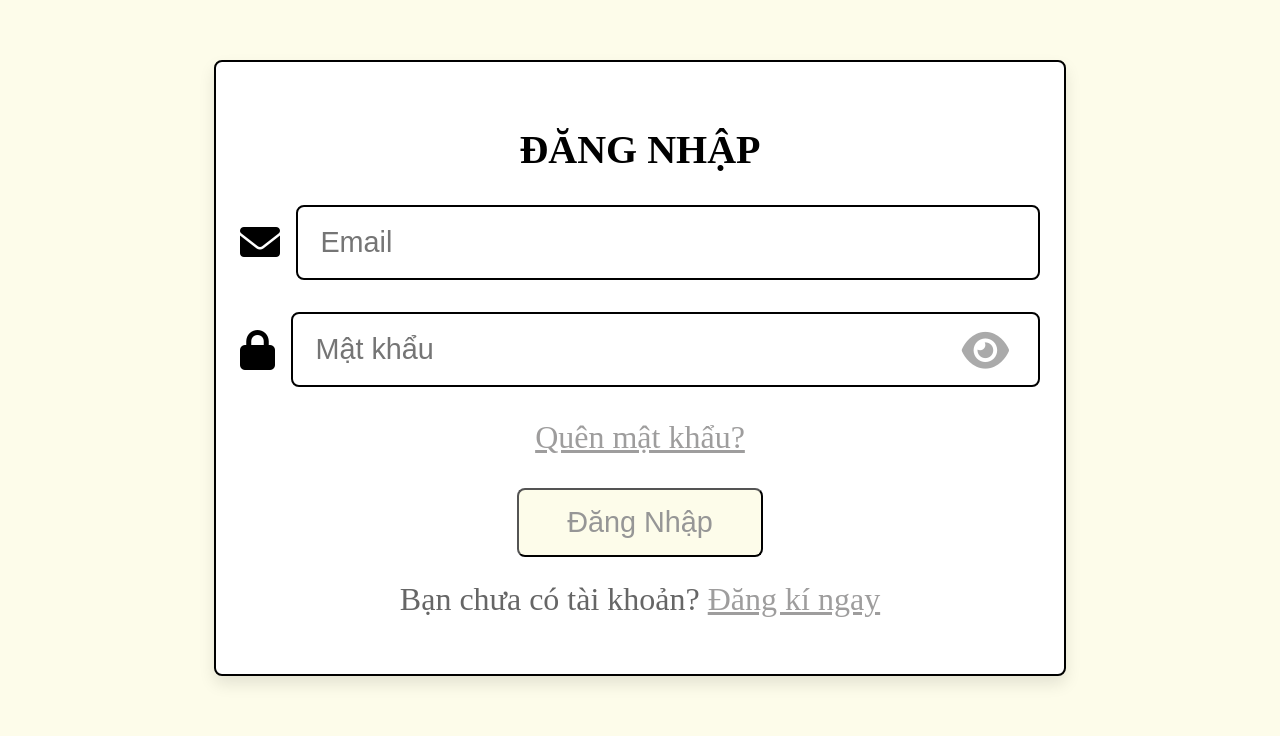
Repository: Dien973/expense_manager
Page: http://localhost/expense_manager/account/login.php
These files come from the project's save history. The page is drawn as it stood at one moment and after the next save; the edit follows.
The browser window is 1280 px wide. The pictures show the whole page.
The page is run by PHP 8.4 with error messages shown; the project is at /var/www/html/.

Above is the page before, as saved 2025-12-05 17:49:35.

### account/login.php
<?php

@include '../config.php';
session_start();

if(isset($_POST['submit'])){

   $filter_email = filter_var($_POST['email'], FILTER_SANITIZE_STRING);
   $email = mysqli_real_escape_string($conn, $filter_email);
   $filter_pass = filter_var($_POST['pass'], FILTER_SANITIZE_STRING);
   $pass = mysqli_real_escape_string($conn, $filter_pass);

   $select_users = mysqli_query($conn, "SELECT * FROM `users` WHERE uemail = '$email' AND upwd = '$pass'") or die('Thất bại');


   if(mysqli_num_rows($select_users) > 0){

      $row = mysqli_fetch_assoc($select_users);

      if($row['urole'] == 'admin'){

         $_SESSION['admin_name'] = $row['uname'];
         $_SESSION['admin_email'] = $row['uemail'];
         $_SESSION['admin_id'] = $row['uid'];
         header('location:ad_home.php');

      }elseif($row['urole'] == 'user'){

         $_SESSION['user_name'] = $row['uname'];
         $_SESSION['user_email'] = $row['uemail'];
         $_SESSION['user_id'] = $row['uid'];
         header('location:../user_page/home.php');

      }else{
         $message[] = 'Không tìm thấy người dùng!';
      }

   }else{
      $message[] = 'Sai email hoặc mật khẩu!';
   }

}

?>

<!DOCTYPE html>
<html lang="en">
<head>
   <meta charset="UTF-8">
   <meta http-equiv="X-UA-Compatible" content="IE=edge">
   <meta name="viewport" content="width=device-width, initial-scale=1.0">
   <title>Đăng nhập</title>

   <!-- font awesome cdn link  -->
   <link rel="stylesheet" href="https://cdnjs.cloudflare.com/ajax/libs/font-awesome/6.0.0/css/all.min.css">

   <!-- custom css file link  -->
   <link rel="stylesheet" href="../css/main.css">

</head>
<body>

<?php
if(isset($_SESSION['success'])){
    echo '
    <div class="message-overlay">
        <div class="message-box">
            <span>'.$_SESSION['success'].'</span>
            <i class="fas fa-times" onclick="this.parentElement.parentElement.remove();"></i>
        </div>
    </div>
    ';
    unset($_SESSION['success']);
}

?>

<section class="form-container">

   <form action="" method="post">
      <h3>Đăng Nhập</h3>

      <div class="input-boxes">
         <div class="inpt">
            <i class="fas fa-envelope"></i>
            <input type="email" name="email" class="box" placeholder="Email" required>
         </div>
         <div class="inpt">
            <i class="fas fa-lock"></i>
            <input type="password" name="pass" class="box pwd" placeholder="Mật khẩu" required>
            <i class="fa-solid fa-eye eye toggle-eye"></i>
         </div>
         <!--div>
            <input id="remember-login" type="checkbox" name="remember">
            <label for="remember-login">Ghi nhớ đăng nhập</label>
         </div-->
         <div class="forgot-pwd" class="text"><a href="forgot_pwd.php">Quên mật khẩu?</a></div>
         <input type="submit" class="btn" name="submit" value="Đăng Nhập">
         <p>Bạn chưa có tài khoản? <a href="signup.php">Đăng kí ngay</a></p>
      </div>
   </form>
</section>

   <script src="../js/show_pwd.js"></script>
</body>
</html>

### config.php
<?php
// Kết nối đến cơ sở dữ liệu MySQL
$servername = "localhost";
$username = "root";
$password = "";
$dbname = "qly_chi_tieu";

// Tạo kết nối
$conn = mysqli_connect($servername, $username, $password, $dbname);

// Kiểm tra kết nối
if (!$conn) {
    die("Connection failed: " . mysqli_connect_error());
}
?>

### css/main.css
body {
  background-color: rgb(253, 252, 234);
}
/*----------FORM ĐĂNG NHẬP------------*/
.form-container {
  display: flex;
  align-items: center;
  justify-content: center;
  min-height: 100vh;
}

.form-container form {
  padding: 1.5rem;
  border-radius: 0.5rem;
  border: #000 solid 2px;
  background-color: #ffffff;
  box-shadow: 0 0.5rem 1rem rgba(0, 0, 0, 0.1);
  width: 50rem;
  text-align: center;
}

.form-container form h3 {
  font-size: 2.5rem;
  text-transform: uppercase;
  color: #000;
  margin-bottom: 1rem;
}

.form-container form .box {
  width: 100%;
  padding: 1.2rem 1.4rem;
  font-size: 1.8rem;
  color: #000;
  border: #000 solid 2px;
  background-color: #fff;
  margin: 1rem 0;
  border-radius: 0.5rem;
  position: relative;
}

.form-container form i {
  color: #000;
  font-size: 2.5rem;
  margin-right: 1rem;
}

.form-container form p,
.form-container form .forgot-pwd {
  margin-top: 1.5rem;
  font-size: 2rem;
  color: #666;
}

.form-container form p a,
.form-container form .forgot-pwd a {
  color: #9e9d9d;
}

.form-container form p a:hover,
.form-container form .forgot-pwd a:hover {
  color: #567bb2;
}

/*-- forgot password --*/
.form-container form .forgot-pwd {
  margin-top: 1rem;
  margin-bottom: 1rem;
  font-size: 2rem;
}

/*--- BUTTON ---*/
.btn {
  display: inline-block;
  border-radius: 0.5rem;
  margin-top: 1rem;
  font-size: 1.8rem;
  color: #969696;
  cursor: pointer;
  padding: 1rem 3rem;
  text-transform: capitalize;
}

.btn {
  background-color: rgb(253, 252, 234);
}

/* --- EYE TRONG Ô INPUT --- */

.form-container form .inpt {
  position: relative;
  display: flex;
  align-items: center;
}

.form-container form .inpt input.box {
  width: 100%;
  padding-right: 45px;
  box-sizing: border-box;
}

.form-container form .toggle-eye,
.form-container form .eye {
  position: absolute !important;
  right: 15px !important;
  top: 50% !important;
  transform: translateY(-50%) !important;
  font-size: 42px;
  cursor: pointer;
  color: #aaa;
  z-index: 10;
}

/*---------- THÔNG BÁO------------*/
.message-overlay {
  position: fixed;
  top: 0;
  left: 0;
  width: 100%;
  height: 100%;
  background: rgba(0, 0, 0, 0.5);
  display: flex;
  justify-content: center;
  align-items: center;
  z-index: 20000;
}

/* Hộp thông báo */
.message-box {
  background: #fff;
  padding: 2rem 3rem;
  border-radius: 10px;
  text-align: center;
  min-width: 350px;
  max-width: 80%;
  box-shadow: 0 10px 25px rgba(0, 0, 0, 0.3);
  position: relative;
  animation: popupShow 0.25s ease-out;
}

/* Nội dung */
.message-box span {
  font-size: 2rem;
  color: #000;
}

/* Icon đóng */
.message-box i {
  position: absolute;
  top: 10px;
  right: 12px;
  font-size: 2.2rem;
  color: #c0392b;
  cursor: pointer;
  transition: 0.2s;
}

.message-box i:hover {
  transform: rotate(90deg);
}

/* Animation hiển thị */
@keyframes popupShow {
  from {
    opacity: 0;
    transform: scale(0.8);
  }
  to {
    opacity: 1;
    transform: scale(1);
  }
}

### js/show_pwd.js
const eyes = document.querySelectorAll(".toggle-eye");
const pwds = document.querySelectorAll(".pwd");

eyes.forEach((eye, index) => {
  eye.onclick = () => {
    if (pwds[index].type === "password") {
      pwds[index].type = "text";
      eye.classList.remove("fa-eye");
      eye.classList.add("fa-eye-slash");
    } else {
      pwds[index].type = "password";
      eye.classList.remove("fa-eye-slash");
      eye.classList.add("fa-eye");
    }
  };
});

After the next save:
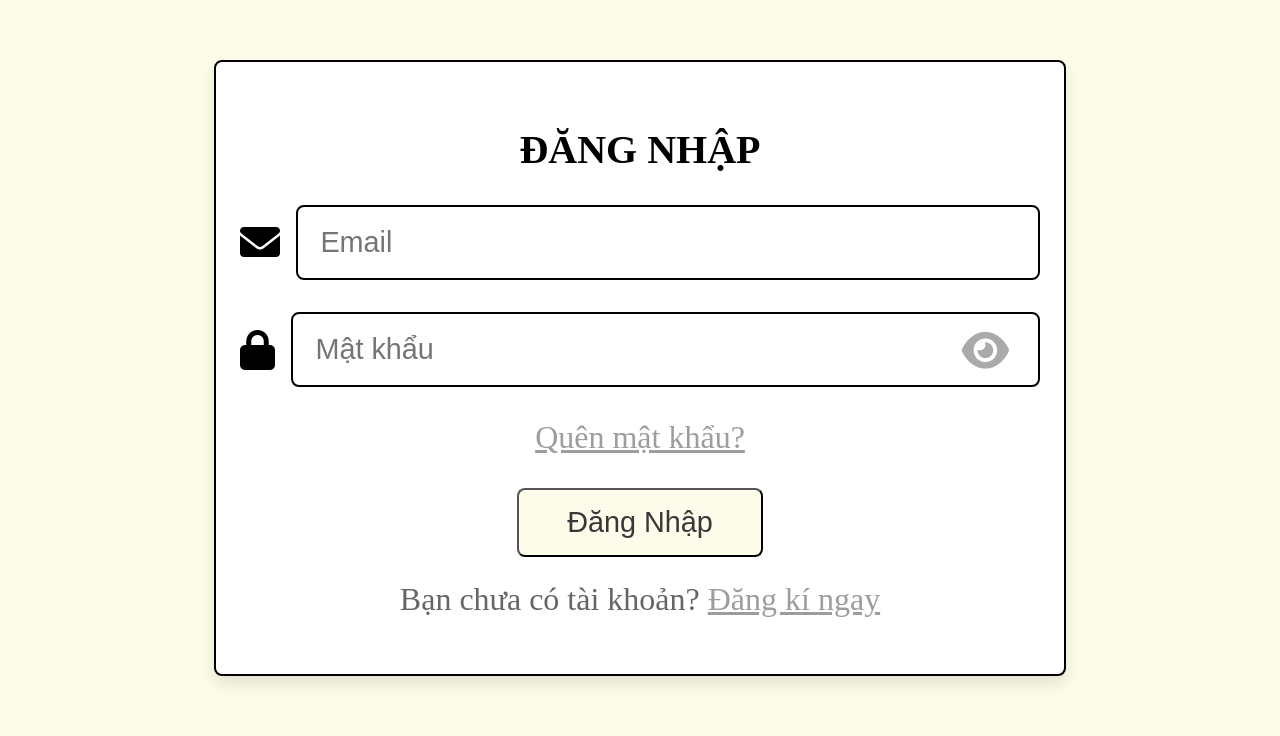
Saved 22 s later.
--- a/css/main.css
+++ b/css/main.css
@@ -74,7 +74,7 @@ body {
   border-radius: 0.5rem;
   margin-top: 1rem;
   font-size: 1.8rem;
-  color: #969696;
+  color: #393838;
   cursor: pointer;
   padding: 1rem 3rem;
   text-transform: capitalize;
